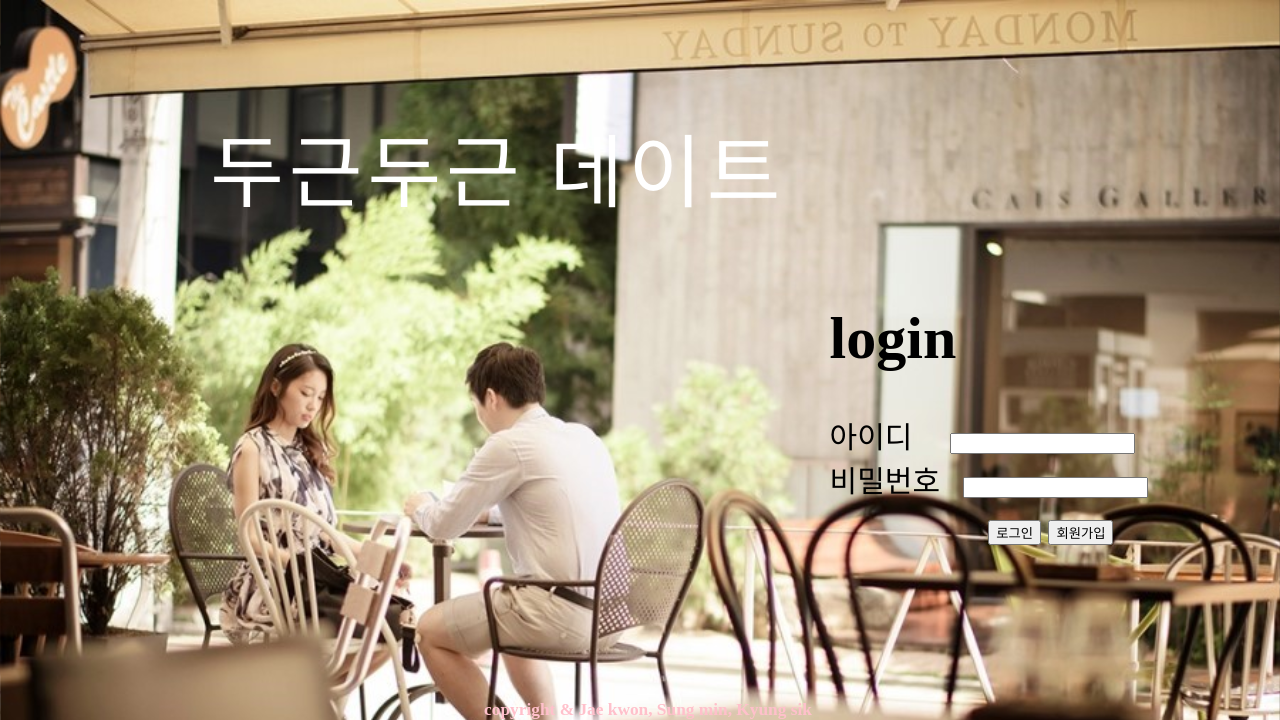
Repository: pinokio531/date_application
Page: http://localhost/doogeunDate/indexPage.jsp
The author's editor kept a copy of each file at every save. The page is drawn from the files as they stood at one save, then again after the next save.
The browser window is 1280 px wide. The pictures show the whole page.
Some web fonts or font styles are not loaded; a fallback is used. The page is served by Tomcat 9.

Above is the page before, as saved 2019-06-04 10:18:52.

After the next save:
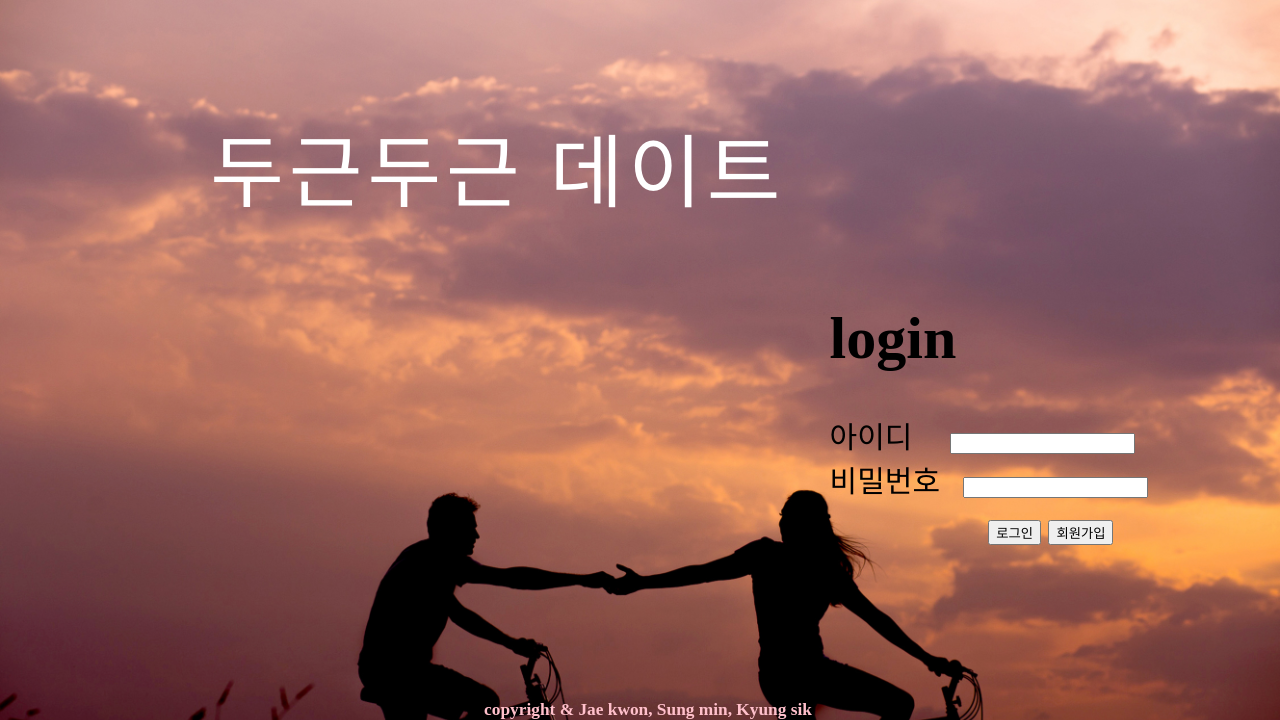
Saved 71 s later.
--- a/doogeunDate/WebContent/style/index.css
+++ b/doogeunDate/WebContent/style/index.css
@@ -1,5 +1,5 @@
 body{
-    background-image:url(../asset/background.jpg);
+    background-image:url(../asset/background2.jpg);
     background-size: 100%;
 }
 
